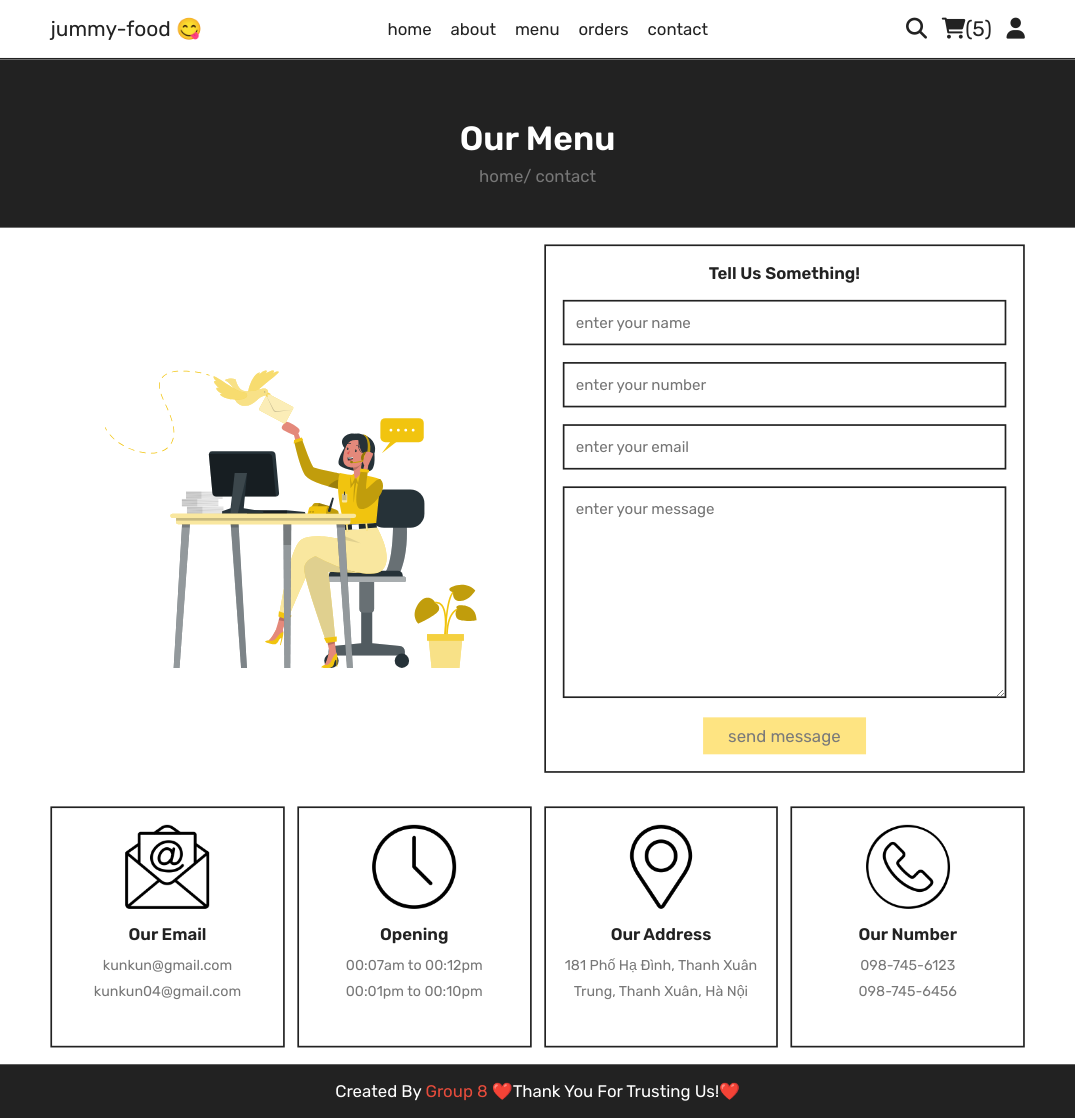
Repository: VuongLinhDinh/jummy_food
Page: contact.html
The author's editor kept a copy of each file at every save. The page is drawn from the files as they stood at one save, then again after the next save.
The browser window is 1280 px wide. The pictures show the whole page, at 84% of full size.
Some web libraries are served in a nearby version.

Above is the page before, as saved 2023-11-09 23:50:18.

After the next save:
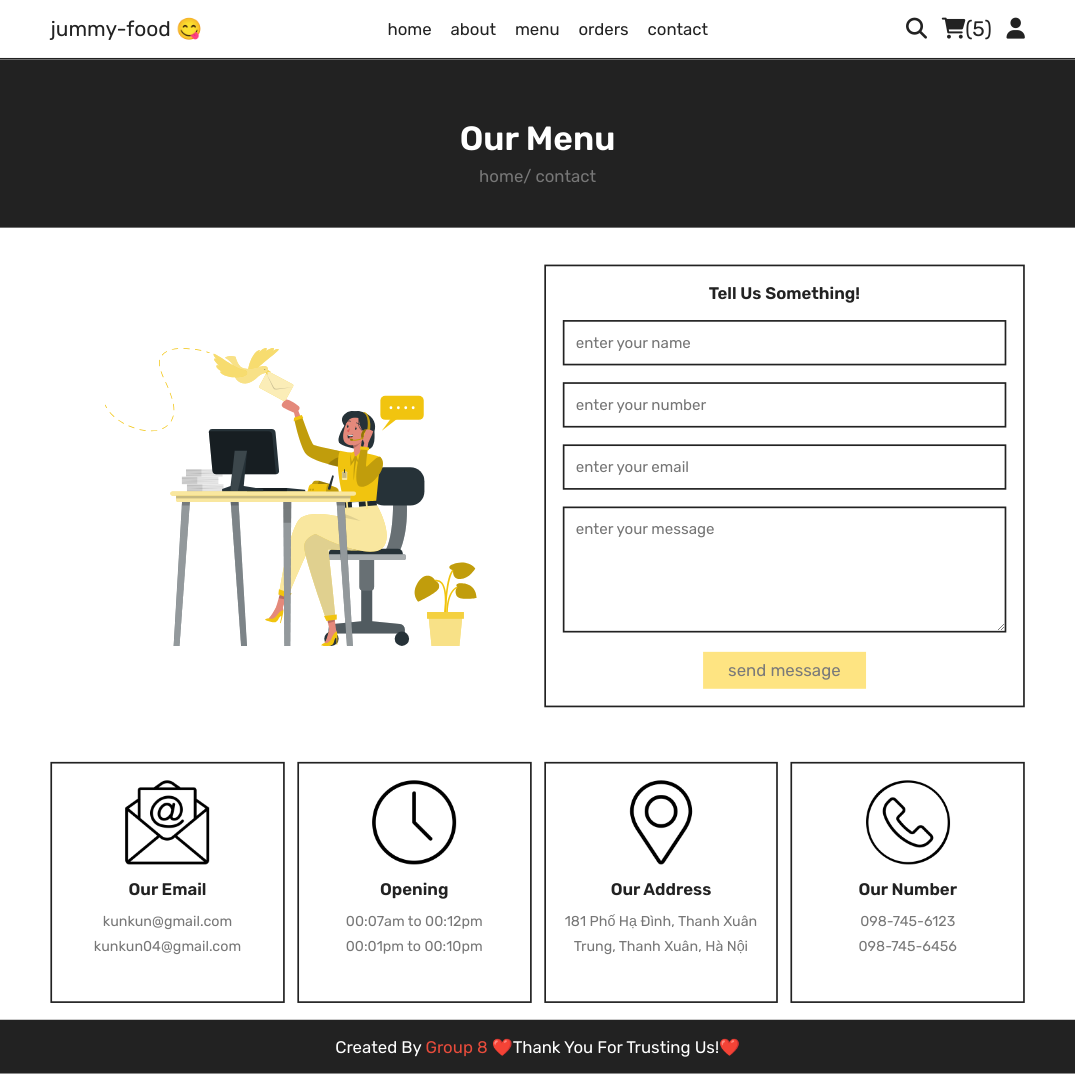
Saved 9 s later.
--- a/css/style.css
+++ b/css/style.css
@@ -447,6 +447,7 @@ section {
     padding: 1.4rem;
 }
 .contact .row form textarea {
+    height: 15rem;
 
 }
 
